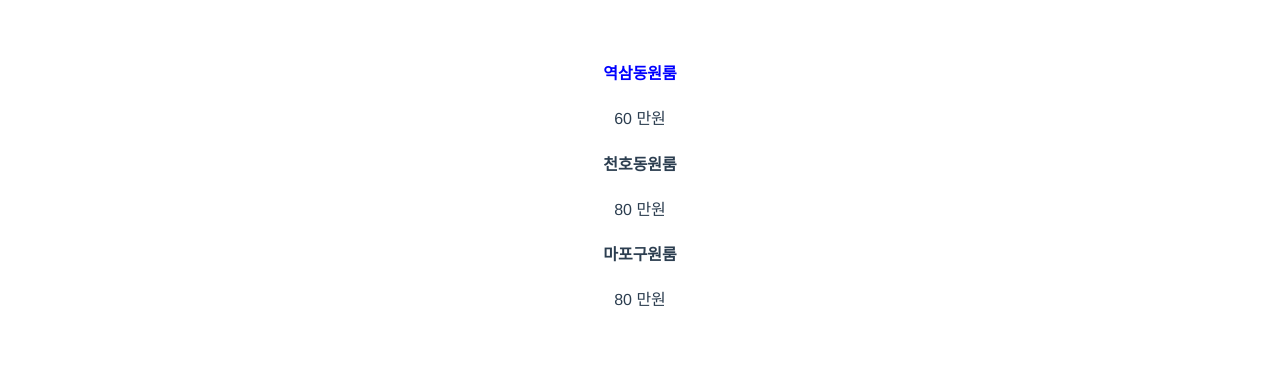
Repository: jy0813/Function
Page: / (app in function/)
An editor plug-in stored every save of this project. The page is shown before and after the next save, followed by the edit.
The browser window is 1280 px wide. The pictures show the whole page.
The project was rebuilt for these pictures with package versions that can differ from the ones it lists, and the page was loaded fresh each time.

Above is the page before, as saved 2022-02-07 14:51:03.

### function/src/App.vue
<template>
<div>
  <h4 :style="style">{{products[0]}}</h4>
  <p>{{price1}} 만원</p>
</div>
<div>
  <h4>{{products[1]}}</h4>
  <p>{{price2}} 만원</p>
</div>
<div>
  <h4>{{products[2]}}</h4>
  <p>{{price2}} 만원</p>
</div>
</template>

<script>


export default {
  name: 'App',
  data() {
    return {
      price1: 60,
      price2: 80,
      price3: 100,
      style : 'color : blue',
      products:['역삼동원룸','천호동원룸','마포구원룸'],
    }
  }
}
</script>

<style>
#app {
  font-family: Avenir, Helvetica, Arial, sans-serif;
  -webkit-font-smoothing: antialiased;
  -moz-osx-font-smoothing: grayscale;
  text-align: center;
  color: #2c3e50;
  margin-top: 60px;
}
</style>

Loaded but not shown: function/public/index.html (common file); function/src/main.js (common file)

After the next save:
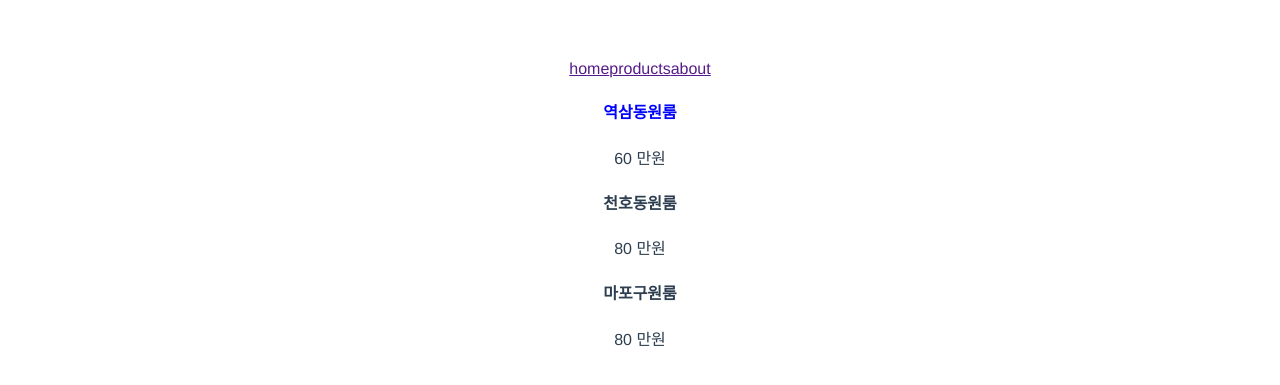
Saved 5 min 35 s later.
--- a/function/src/App.vue
+++ b/function/src/App.vue
@@ -1,4 +1,9 @@
 <template>
+<div class="menu">
+  <a href="">home</a>
+  <a href="">products</a>
+  <a href="">about</a>
+  </div>
 <div>
   <h4 :style="style">{{products[0]}}</h4>
   <p>{{price1}} 만원</p>
